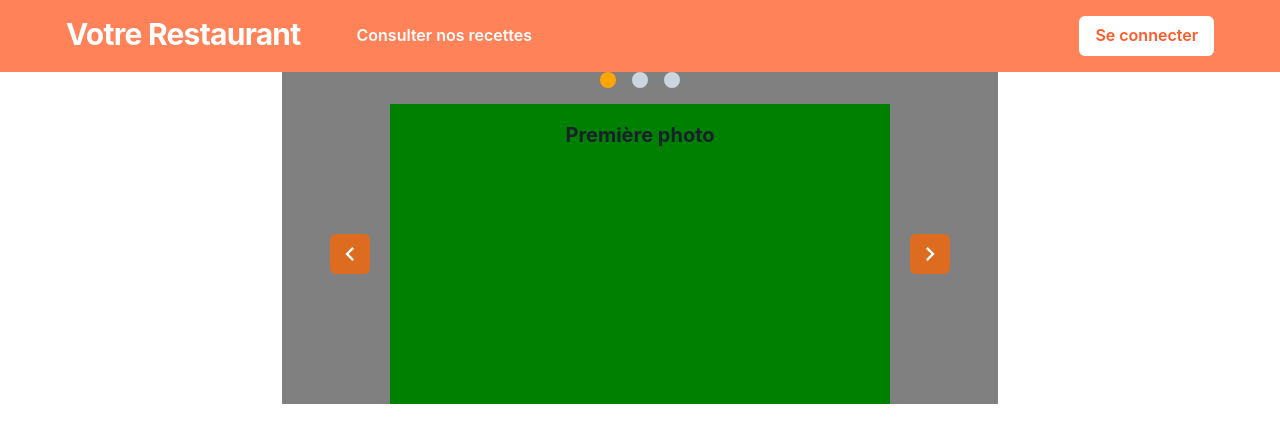
Repository: Ecaron76/tp-restau-next
Page: /
An editor plug-in stored every save of this project. The page is shown before and after the next save, followed by the edit.
The browser window is 1280 px wide. The pictures show the whole page.
The project was rebuilt for these pictures with package versions that can differ from the ones it lists, and the page was loaded fresh each time. The framework's server and built-in components were replaced by stand-ins that run in the browser. Also part of the build but not shown: next.config.mjs.

Above is the page before, as saved 2024-02-25 19:03:46.

After the next save:
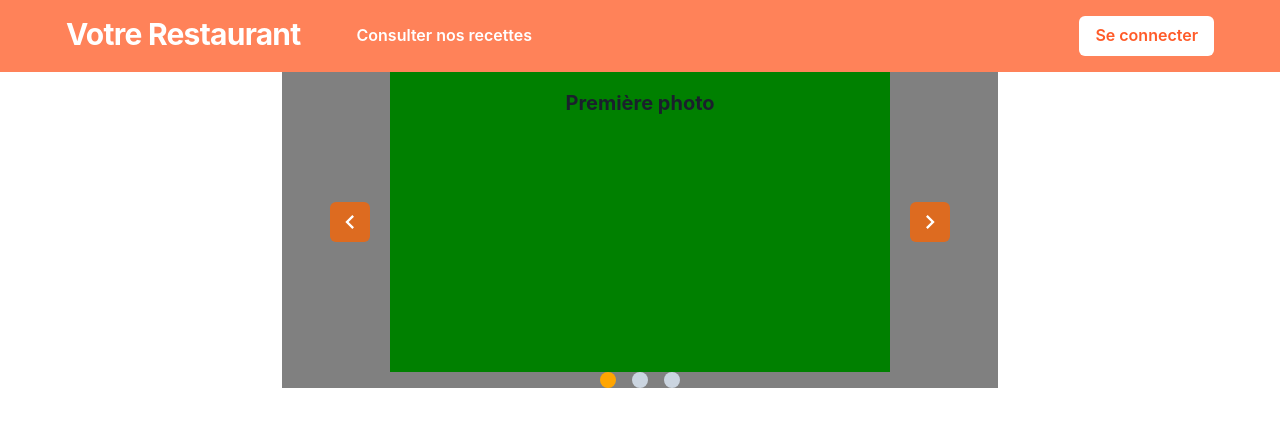
Saved 17 s later.
--- a/src/components/SliderResto/SliderResto.tsx
+++ b/src/components/SliderResto/SliderResto.tsx
@@ -19,17 +19,6 @@ export default function SliderResto() {
       };
   return (
     <Box position="relative" textAlign="center">
-      <HStack justifyContent="center" mb={4}>
-        {slides.map((_, index) => (
-          <Box
-            key={index}
-            boxSize={4}
-            bg={index === currentSlide ? 'orange' : 'gray.300'}
-            borderRadius="full"
-            mx={1}
-          />
-        ))}
-      </HStack>
       <Box display={'flex'} justifyContent={'center'} alignItems={'center'} gap={5}>
         <IconButton
           onClick={goToPrevSlide}
@@ -51,6 +40,17 @@ export default function SliderResto() {
           aria-label="Suivant"
         />
       </Box>
+      <HStack justifyContent="center" mb={4}>
+        {slides.map((_, index) => (
+          <Box
+            key={index}
+            boxSize={4}
+            bg={index === currentSlide ? 'orange' : 'gray.300'}
+            borderRadius="full"
+            mx={1}
+          />
+        ))}
+      </HStack>
     </Box>
   );
 }
